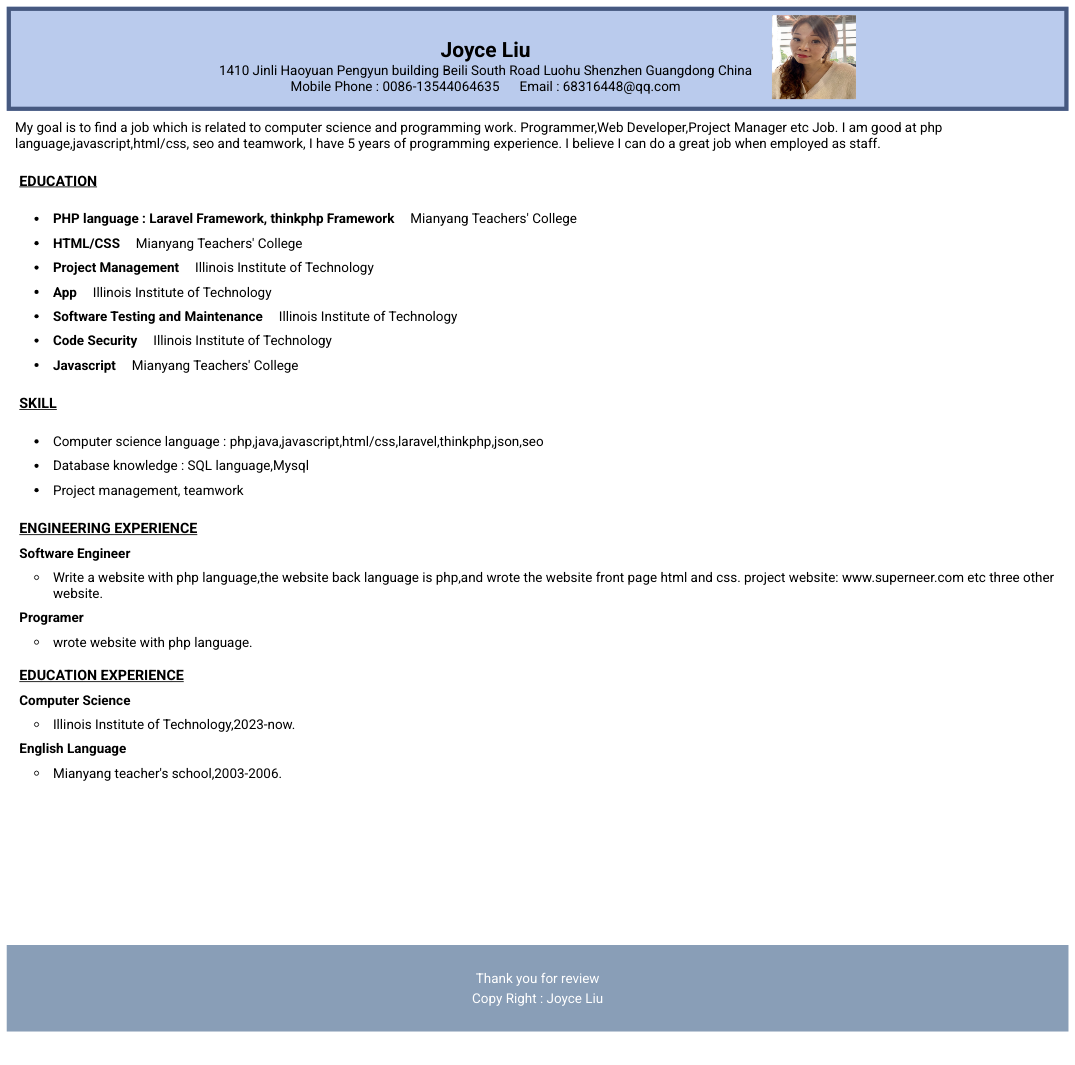
Repository: supermanneer/supermanneer.github.io
Page: labs/lab1/lab1.html
The author's editor kept a copy of each file at every save. The page is drawn from the files as they stood at one save, then again after the next save.
The browser window is 1280 px wide. The pictures show the whole page, at 84% of full size.

Above is the page before, as saved 2026-02-25 11:37:56.

After the next save:
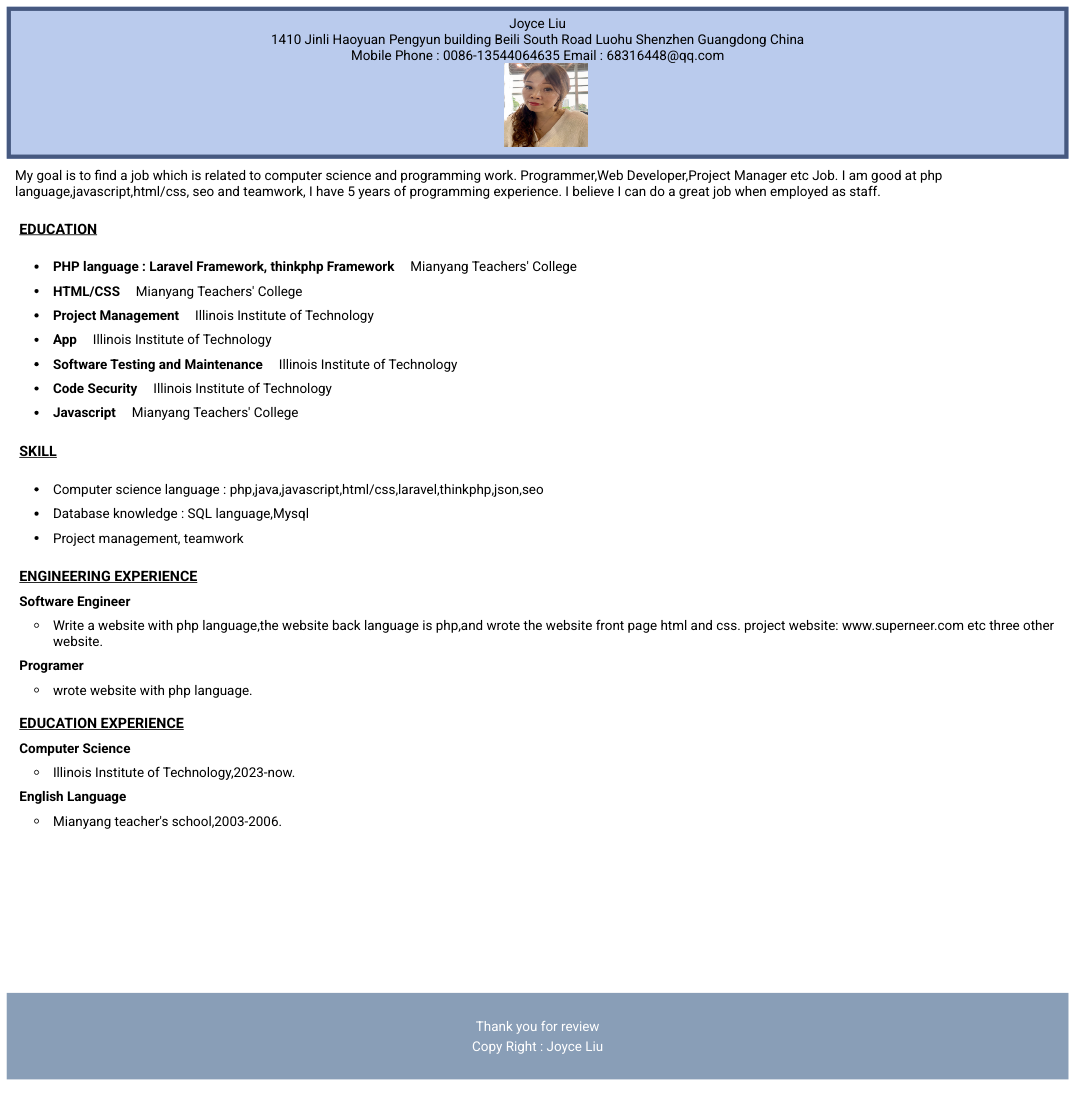
Saved 31 s later.
--- a/labs/lab1/lab1.css
+++ b/labs/lab1/lab1.css
@@ -8,7 +8,7 @@
  padding-top:5px;
  padding-bottom: 5px;
  background-color:rgb(186, 203, 237);
-.left{
+ .header .left{
 display: inline-block;
 
  .name{

After the save that followed:
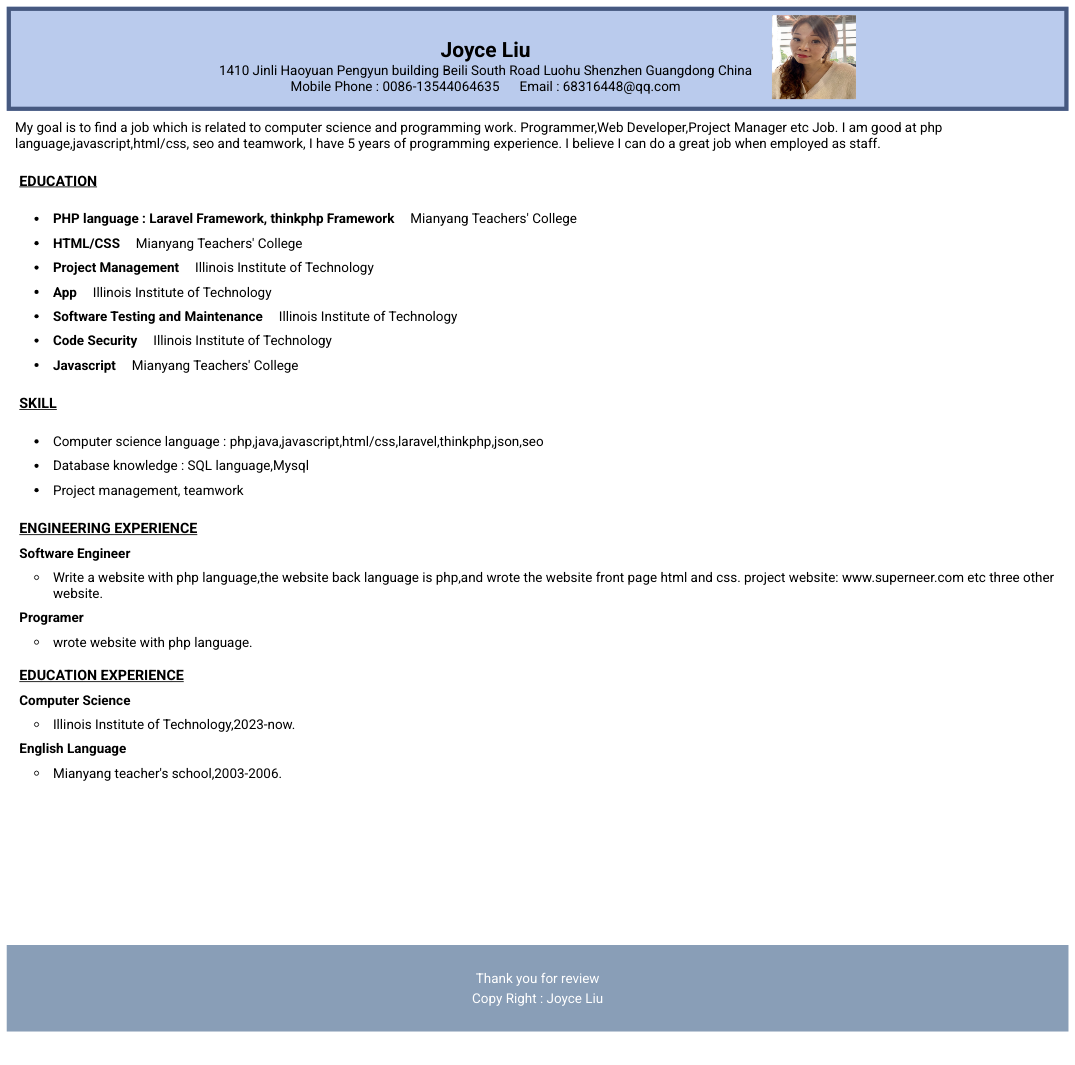
Saved 9 s later.
--- a/labs/lab1/lab1.css
+++ b/labs/lab1/lab1.css
@@ -8,7 +8,7 @@
  padding-top:5px;
  padding-bottom: 5px;
  background-color:rgb(186, 203, 237);
- .header .left{
+.left{
 display: inline-block;
 
  .name{
